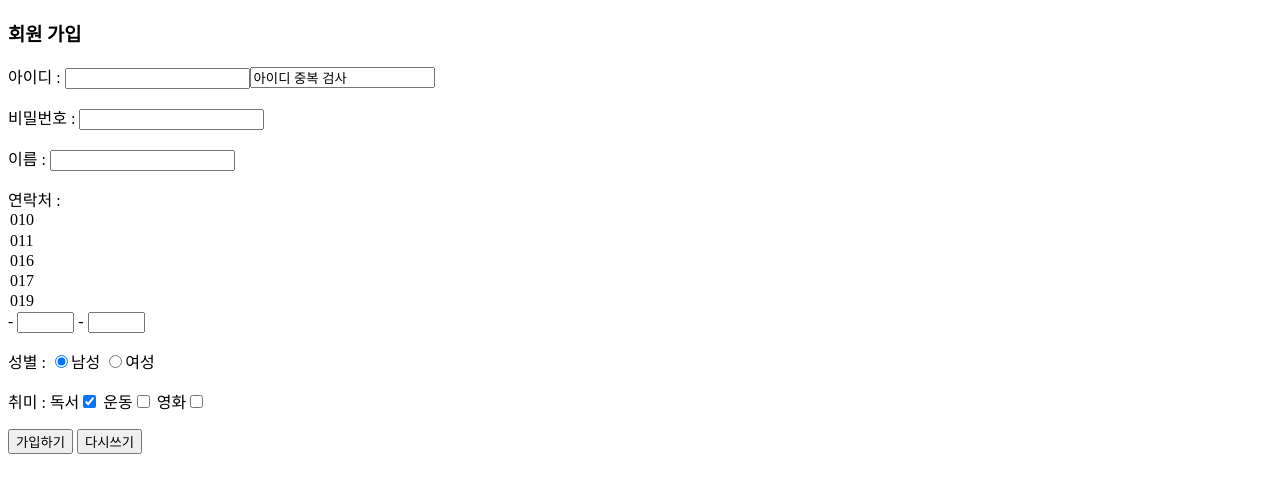
Repository: sanghyunlee7680/JSP-practice
Page: http://localhost/jspbook/chapter6/Exam6_2.jsp
The author's editor kept a copy of each file at every save. The page is drawn from the files as they stood at one save, then again after the next save.
The browser window is 1280 px wide. The pictures show the whole page.
The page is served by Tomcat 10. Other server files are loaded and not shown.

Above is the page before, as saved 2024-10-14 07:34:54.

### jspbook/src/main/webapp/chapter6/Exam6_2.jsp
<%@ page language="java" contentType="text/html; charset=UTF-8"
    pageEncoding="UTF-8"%>
<!DOCTYPE html>
<html>
<head>
<meta charset="UTF-8">
<title>Insert title here</title>
</head>
<body>
	<h3>회원 가입</h3>
	<form action="6_2" method="post">
		<p> 아이디 : <input type="text" name="id"><input type="botton" value="아이디 중복 검사">
		<p> 비밀번호 : <input type="password" name="passwd">
		<p> 이름 : <input type="text" name="name">
		<p> 연락처 : <selct name="phone1">
					<option value="010">010</option>
					<option value="011">011</option>
					<option value="016">016</option>
					<option value="017">017</option>
					<option value="019">019</option>
				   </selct>
					-
					<input type="text" maxlength="4" size="4" name="phone2">
					-
					<input type="text" mexlength="4" size="4" name="phone3">
		<p> 성별 : <input type="radio" name="sex" value="남성" checked>남성
				<input type="radio" name="sex" value="여성">여성
		<p> 취미 : 독서<input type="checkbox" name="hobby1" value="reading" checked>
			운동<input type="checkbox" name="hobby2" value="sports">
			영화<input type="checkbox" name="hobby3" value="movie">
		<p><input type="submit" value="가입하기">
			<input type="reset" value="다시쓰기">
	</form>
</body>
</html>

After the next save:
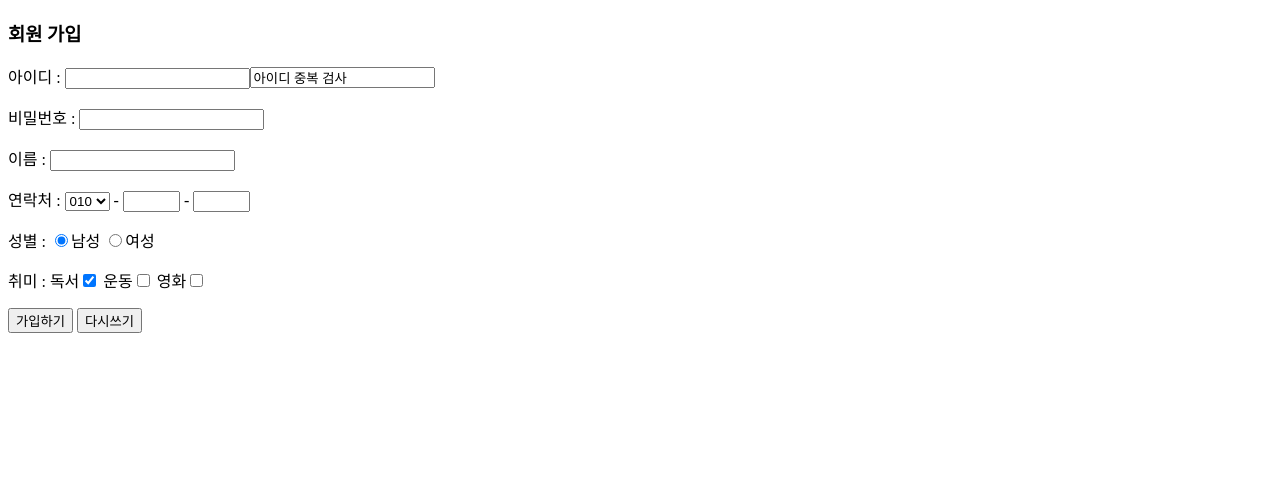
Saved 48 s later.
--- a/jspbook/src/main/webapp/chapter6/Exam6_2.jsp
+++ b/jspbook/src/main/webapp/chapter6/Exam6_2.jsp
@@ -12,13 +12,13 @@
 		<p> 아이디 : <input type="text" name="id"><input type="botton" value="아이디 중복 검사">
 		<p> 비밀번호 : <input type="password" name="passwd">
 		<p> 이름 : <input type="text" name="name">
-		<p> 연락처 : <selct name="phone1">
+		<p> 연락처 : <select name="phone1">
 					<option value="010">010</option>
 					<option value="011">011</option>
 					<option value="016">016</option>
 					<option value="017">017</option>
 					<option value="019">019</option>
-				   </selct>
+				   </select>
 					-
 					<input type="text" maxlength="4" size="4" name="phone2">
 					-
